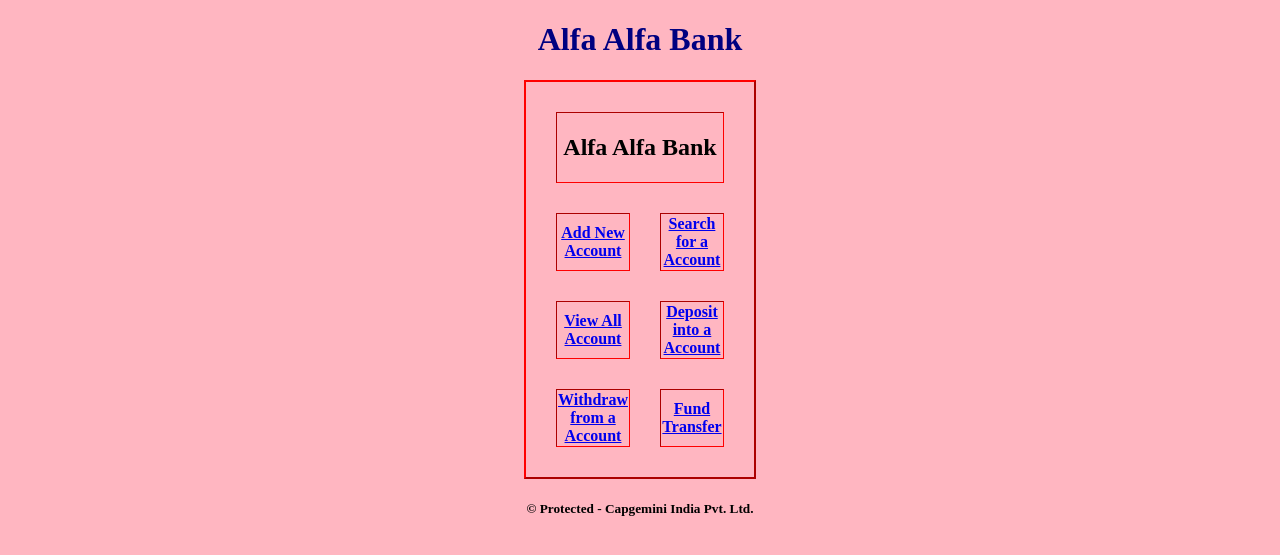
Repository: Rccalfa123/OnlineBankingApp
Page: http://localhost/AlfaAlfaBankApp/home.jsp
These files come from the project's save history. The page is drawn as it stood at one moment and after the next save; the edit follows.
The browser window is 1280 px wide. The pictures show the whole page.
The page is served by Tomcat 9. Other server files are loaded and not shown.

Above is the page before, as saved 2018-08-10 10:59:33.

### AlfaAlfaBankApp/WebContent/home.jsp
<%@ page language="java" contentType="text/html; charset=ISO-8859-1"
	pageEncoding="ISO-8859-1"%>
<%@taglib prefix="alfa" uri="http://java.sun.com/jsp/jstl/core"%>
<!DOCTYPE html>
<html>
<head>

<link rel="stylesheet" type="text/css" href="mystyle.css">

<meta charset="ISO-8859-1">
<title>Alfa Alfa Bank</title>
</head>
<body>
	<jsp:include page="header.jsp"></jsp:include>
	<form action=".app" method="get">

		<div>
			<table cellspacing="30" align="center" border="2">
				<tr>
					<th colspan="6" height="35"><h2>Alfa Alfa Bank</h2></th>
				</tr>

				<tr>
					<th height="20" width="60"> <a href = "addNewAccount.jsp"> Add New Account</a> </th>
					<th height="20" width="60"><a href = "searchAccount.jsp"> Search for a Account</a></th>
				</tr>

				<tr>
					<th height="20" width="60" ><a href = "viewAllAccount.jsp"> View All Account</a></th>
					<th height="20" width="60"><a href = "depositIntoAccount.jsp"> Deposit into a Account</a></th>
				</tr>

				<tr>
					<th height="20" width="60"><a href = "withdrawFromAccount.jsp"> Withdraw from a Account</a></th>
					<th height="20" width="60"><a href = "fundTransfer.jsp"> Fund Transfer</a></th>
				</tr>
			</table>
		</div>

	</form>
	<jsp:include page="footer.html"></jsp:include>

</body>
</html>

### AlfaAlfaBankApp/WebContent/header.jsp
<%@taglib prefix="jstl" uri="http://java.sun.com/jsp/jstl/core" %>
<div align="center">
	<h1>Alfa Alfa Bank</h1>
</div>

### AlfaAlfaBankApp/WebContent/footer.html
<div align="center">
<h5>&copy; Protected - Capgemini India Pvt. Ltd.</h5>
</div>

### AlfaAlfaBankApp/WebContent/mystyle.css
@charset "ISO-8859-1";

body {
    background-color: lightpink;
}

h1 {
    color: navy;
}

td{

 font-family: sans-serif;

}

table {
	border-color: red;
	border-right: 2px 2px 2px 2px ;
}

After the next save:
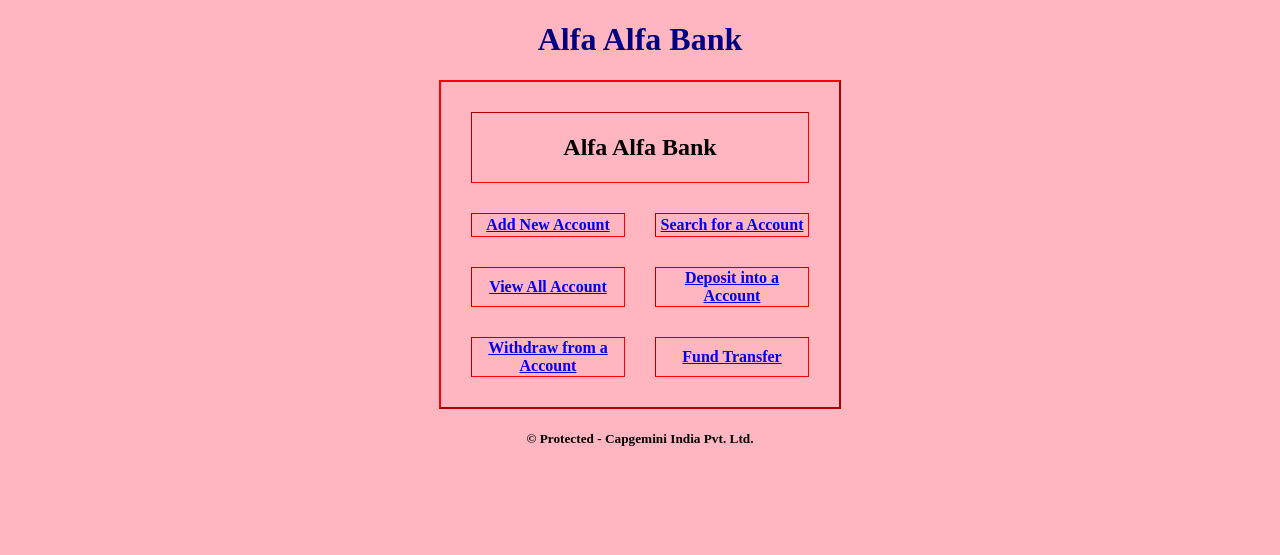
Saved 20 s later.
--- a/AlfaAlfaBankApp/WebContent/home.jsp
+++ b/AlfaAlfaBankApp/WebContent/home.jsp
@@ -21,8 +21,8 @@
 				</tr>
 
 				<tr>
-					<th height="20" width="60"> <a href = "addNewAccount.jsp"> Add New Account</a> </th>
-					<th height="20" width="60"><a href = "searchAccount.jsp"> Search for a Account</a></th>
+					<th height="20" width="150"> <a href = "addNewAccount.jsp"> Add New Account</a> </th>
+					<th height="20" width="150"><a href = "searchAccount.jsp"> Search for a Account</a></th>
 				</tr>
 
 				<tr>
